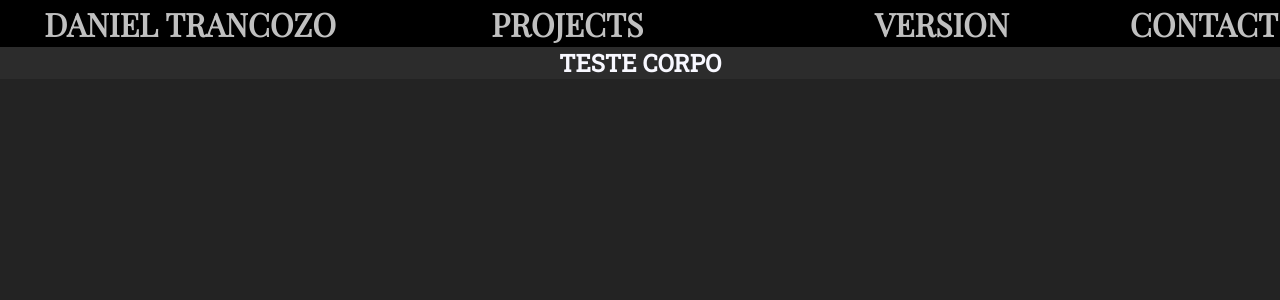
Repository: danieltrancozo/danieltrancozo.github.io
Page: index.html
The author's editor kept a copy of each file at every save. The page is drawn from the files as they stood at one save, then again after the next save.
The browser window is 1280 px wide. The pictures show the whole page.

Above is the page before, as saved 2021-05-04 22:36:13.

### index.html
<!DOCTYPE html>
<meta charset="UFT-8">
<meta name="lenguage" content="pt-br">
<meta name="autor" content="Daniel Trancozo Vianna">
<meta name="description" content="Portifolio de Desenvolvedor Web">
<meta name="keywords" content="HTML, CSS, JS, web development, portifolio">
<html>

<head>
    <title>Minha P&aacutegina</title>
    <link rel="stylesheet" type="text/css" href="css/estilo3.css">
    <link rel="preconnect" href="https://fonts.gstatic.com">
    <link href="https://fonts.googleapis.com/css2?family=Playfair+Display&family=Roboto+Slab&display=swap" rel="stylesheet">
    <script>
    </script>
</head>
<body>
    <div class="container">
        <div class="cab">
            <h1 style="text-transform: uppercase;">
                <table class="menu">
                    <tr>
                        <td>Daniel Trancozo</td>
                        <td>projects</td>
                        <td>version</td>
                        <td>contact</td>
                    </tr>
                </table>
            </h1>
        </div>
        <div class="corp">
            <h2 style="text-transform: uppercase;">teste corpo</h2>
        </div>
    </div>
    <div class="t2"></div>
</body>
</html>

### css/estilo3.css
@import url('https://fonts.googleapis.com/css2?family=Playfair+Display&family=Roboto+Slab&display=swap');
* {
    margin: 0;
    padding: 0;
}
body{
    background-color: rgba(0, 0, 0, 0.863);
    color: antiquewhite;
    text-align: center;
}
.container{
    background-color: transparent;
    display: flex;
    flex-direction: column;
}
.cab{
    background-color: black;
    color: silver;
    font-family: 'Playfair Display', serif;
    height: 10%;
}
.corp{
    background-color: rgb(44, 44, 44);
    color: ghostwhite;
    font-family: 'Roboto Slab', serif;
    height: 90%;
}
.t2{
    background-color: transparent;
    width: 100%;
    height: 100%;
    visibility: hidden;
}
.manu{
    width:100%;
    text-align: center;
    border-width: 1%;
    border-color: transparent;
}
td{
    width: 32%;
}

After the next save:
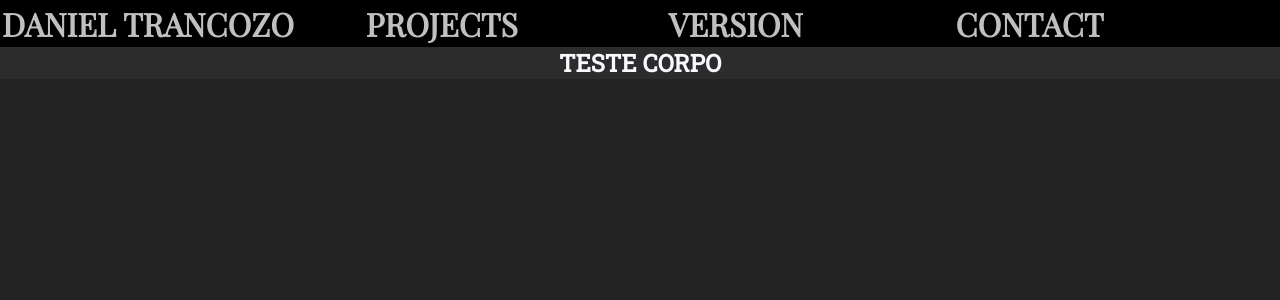
Saved 13 s later.
--- a/css/estilo3.css
+++ b/css/estilo3.css
@@ -38,5 +38,5 @@ body{
     border-color: transparent;
 }
 td{
-    width: 32%;
+    width: 25%;
 }
